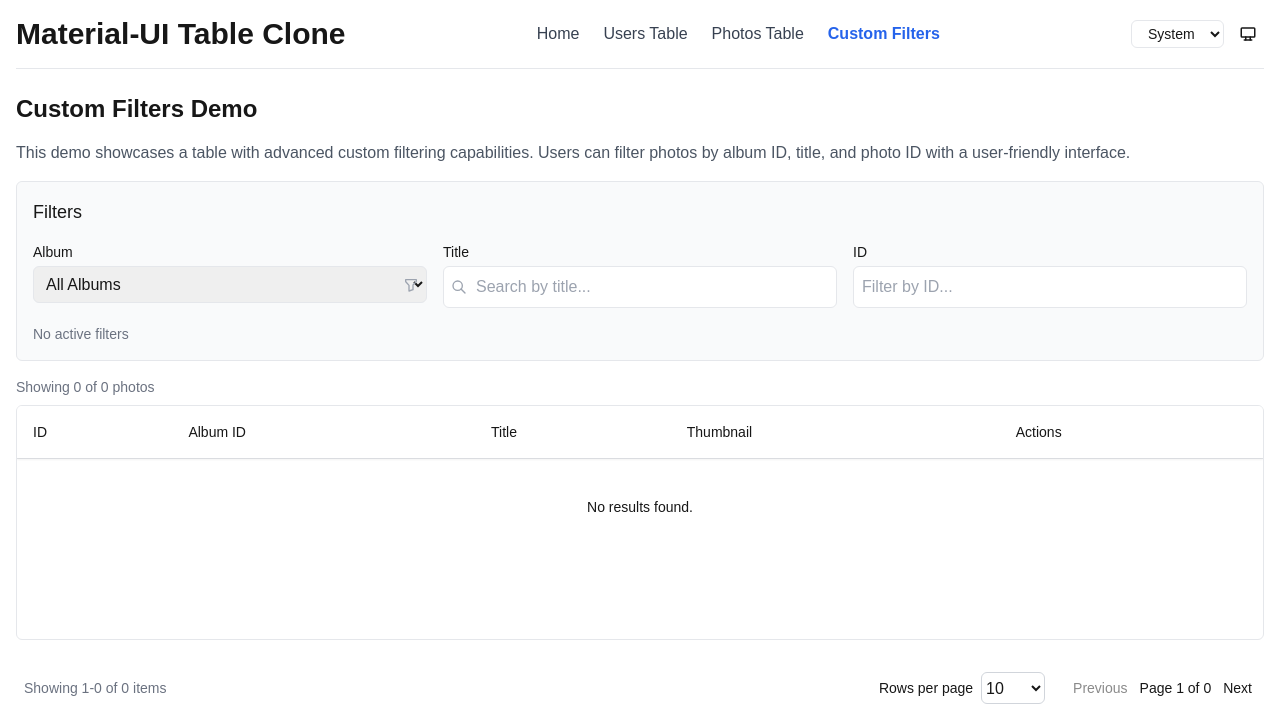
Repository: Dvirco1234/mini-mui-table
Page: /custom-filters
These files come from the project's save history. The page is drawn as it stood at one moment and after the next save; the edit follows.
The browser window is 1280 px wide. The pictures show the whole page.
The page's requests for data from a server got no answer. The project was rebuilt for these pictures with package versions that can differ from the ones it lists, and the page was loaded fresh each time. The framework's server and built-in components were replaced by stand-ins that run in the browser. No one was signed in, and anything a server would have sent is missing. Also part of the build but not shown: next.config.ts, src/components/ui/table/TableFilters.tsx, src/components/ui/table/TableSorters.tsx.

Above is the page before, as saved 2025-03-03 22:20:18.

### src/app/layout.tsx
import type { Metadata } from "next";
import { Geist, Geist_Mono } from "next/font/google";
import "./globals.css";
import { ThemeProvider } from "@/components/theme/ThemeProvider";
import { Navigation } from "@/components/layout/Navigation";

const geistSans = Geist({
  variable: "--font-geist-sans",
  subsets: ["latin"],
});

const geistMono = Geist_Mono({
  variable: "--font-geist-mono",
  subsets: ["latin"],
});

export const metadata: Metadata = {
  title: "Create Next App",
  description: "Generated by create next app",
};

export default function RootLayout({
  children,
}: Readonly<{
  children: React.ReactNode;
}>) {
  return (
    <html lang="en" className="h-screen overflow-hidden">
      <body
        className={`${geistSans.variable} ${geistMono.variable} antialiased h-full max-h-screen`}
      >
        <ThemeProvider defaultTheme="system" storageKey="mini-mui-table-theme">
          <main className="h-screen">
            <div className="px-4 h-full flex flex-col">
              <Navigation />
              {children}
            </div>
          </main>
        </ThemeProvider>
      </body>
    </html>
  );
}

### src/app/custom-filters/page.tsx
import { CustomFiltersDemo } from "@/components/demo/CustomFiltersDemo";

export default function CustomFiltersPage() {
  return (
    <div className="space-y-4 h-full flex flex-col">
      <h2 className="text-2xl font-bold">Custom Filters Demo</h2>
      <p className="text-gray-600 dark:text-gray-300">
        This demo showcases a table with advanced custom filtering capabilities.
        Users can filter photos by album ID, title, and photo ID with a
        user-friendly interface.
      </p>
      <CustomFiltersDemo />
    </div>
  );
}

### src/components/theme/ThemeProvider.tsx
"use client";

import { createContext, useContext, useEffect, useState } from "react";

export type Theme = "dark" | "light" | "system";

type ThemeProviderProps = {
  children: React.ReactNode;
  defaultTheme?: Theme;
  storageKey?: string;
};

type ThemeProviderState = {
  theme: Theme;
  setTheme: (theme: Theme) => void;
};

const initialState: ThemeProviderState = {
  theme: "system",
  setTheme: () => null,
};

const ThemeProviderContext = createContext<ThemeProviderState>(initialState);

export function ThemeProvider({
  children,
  defaultTheme = "system",
  storageKey = "mini-mui-table-theme",
  ...props
}: ThemeProviderProps) {
  const [theme, setTheme] = useState<Theme>(defaultTheme);

  useEffect(() => {
    const savedTheme = localStorage.getItem(storageKey) as Theme | null;

    if (savedTheme) {
      setTheme(savedTheme);
    }
  }, [storageKey]);

  useEffect(() => {
    const root = window.document.documentElement;

    root.classList.remove("light", "dark");

    if (theme === "system") {
      const systemTheme = window.matchMedia("(prefers-color-scheme: dark)")
        .matches
        ? "dark"
        : "light";

      root.classList.add(systemTheme);
      return;
    }

    root.classList.add(theme);
  }, [theme]);

  const value = {
    theme,
    setTheme: (theme: Theme) => {
      localStorage.setItem(storageKey, theme);
      setTheme(theme);
    },
  };

  return (
    <ThemeProviderContext.Provider {...props} value={value}>
      {children}
    </ThemeProviderContext.Provider>
  );
}

export const useTheme = () => {
  const context = useContext(ThemeProviderContext);

  if (context === undefined) {
    throw new Error("useTheme must be used within a ThemeProvider");
  }

  return context;
};

### src/components/layout/Navigation.tsx
"use client";

import Link from "next/link";
import { usePathname } from "next/navigation";
import { ThemeToggle } from "@/components/theme/ThemeToggle";

const navItems = [
  { name: "Home", path: "/" },
  { name: "Users Table", path: "/users" },
  { name: "Photos Table", path: "/photos" },
  { name: "Custom Filters", path: "/custom-filters" },
];

export function Navigation() {
  const pathname = usePathname();

  return (
    <div className="w-full flex border-b py-4 mb-6 justify-between">
      <div className="flex justify-between items-center ">
        <h1 className="text-3xl font-bold">Material-UI Table Clone</h1>
      </div>

      <nav className="flex items-center">
        <ul className="flex flex-wrap gap-6">
          {navItems.map((item) => (
            <li key={item.path}>
              <Link
                href={item.path}
                className={`text-base font-medium transition-colors hover:underline ${
                  pathname === item.path
                    ? "text-blue-600 dark:text-blue-400 font-semibold"
                    : "text-gray-700 hover:text-blue-600 dark:text-gray-300 dark:hover:text-blue-400"
                }`}
              >
                {item.name}
              </Link>
            </li>
          ))}
        </ul>
      </nav>
      <ThemeToggle />
    </div>
  );
}

### src/components/demo/CustomFiltersDemo.tsx
"use client";

import { useState, useEffect } from "react";
import { Table } from "@/components/ui/table";
import { Columns } from "@/types";
import { CustomFilters } from "./CustomFilters";

// Define the Photo type based on JSONPlaceholder API
interface Photo {
  id: number;
  albumId: number;
  title: string;
  url: string;
  thumbnailUrl: string;
}

export function CustomFiltersDemo() {
  // State for photos data
  const [photos, setPhotos] = useState<Photo[]>([]);
  const [filteredPhotos, setFilteredPhotos] = useState<Photo[]>([]);
  const [loading, setLoading] = useState(true);
  const [uniqueAlbumIds, setUniqueAlbumIds] = useState<number[]>([]);

  // Filter state
  const [filters, setFilters] = useState<{
    albumId?: string;
    title?: string;
    id?: string;
  }>({});

  // Pagination state
  const [currentPage, setCurrentPage] = useState(1);
  const [pageSize, setPageSize] = useState(10);

  // Fetch photos from JSONPlaceholder API
  useEffect(() => {
    const fetchPhotos = async () => {
      setLoading(true);
      try {
        const response = await fetch(
          "https://jsonplaceholder.typicode.com/photos"
        );
        const data: Photo[] = await response.json();
        setPhotos(data);

        // Extract unique album IDs
        const albumIds = [...new Set(data.map((photo) => photo.albumId))].sort(
          (a, b) => a - b
        );
        setUniqueAlbumIds(albumIds);

        setLoading(false);
      } catch (error) {
        console.error("Error fetching photos:", error);
        setLoading(false);
      }
    };

    fetchPhotos();
  }, []);

  // Apply filters
  useEffect(() => {
    let result = [...photos];

    // Apply album filter
    if (filters.albumId) {
      result = result.filter(
        (photo) => photo.albumId.toString() === filters.albumId
      );
    }

    // Apply title filter
    if (filters.title) {
      result = result.filter((photo) =>
        photo.title.toLowerCase().includes(filters.title!.toLowerCase())
      );
    }

    // Apply ID filter
    if (filters.id) {
      result = result.filter((photo) =>
        photo.id.toString().includes(filters.id!)
      );
    }

    setFilteredPhotos(result);
    setCurrentPage(1); // Reset to first page when filters change
  }, [photos, filters]);

  // Handle filter changes
  const handleFiltersChange = (newFilters: {
    albumId?: string;
    title?: string;
    id?: string;
  }) => {
    setFilters(newFilters);
  };

  // Handle page change
  const handlePageChange = (page: number) => {
    setCurrentPage(page);
  };

  // Handle page size change
  const handlePageSizeChange = (size: number) => {
    setPageSize(size);
    setCurrentPage(1);
  };

  // Get current page data
  const getCurrentPageData = () => {
    const startIndex = (currentPage - 1) * pageSize;
    const endIndex = startIndex + pageSize;
    return filteredPhotos.slice(startIndex, endIndex);
  };

  // Define columns for the table
  const columns: Columns<Photo> = [
    { id: "id", label: "ID", sortable: true },
    { id: "albumId", label: "Album ID", sortable: true },
    { id: "title", label: "Title", sortable: true, width: "40%" },
    {
      id: "thumbnail",
      label: "Thumbnail",
      render: (photo: Photo) => (
        <div className="flex justify-center">
          <img
            src={photo.thumbnailUrl}
            alt={photo.title}
            className="w-12 h-12 object-cover rounded-md"
            loading="lazy"
          />
        </div>
      ),
    },
    {
      id: "actions",
      label: "Actions",
      render: (photo: Photo) => (
        <div className="flex justify-center space-x-2">
          <a
            href={photo.url}
            target="_blank"
            rel="noopener noreferrer"
            className="px-2 py-1 bg-blue-500 text-white rounded-md text-xs hover:bg-blue-600 transition-colors"
          >
            View
          </a>
        </div>
      ),
    },
  ];

  return (
    <>
      <Table<Photo>
        data={getCurrentPageData()}
        columns={columns}
        loading={loading}
        // Pagination props
        pagination={true}
        currentPage={currentPage}
        pageSize={pageSize}
        totalItems={filteredPhotos.length}
        onPageChange={handlePageChange}
        onPageSizeChange={handlePageSizeChange}
        pageSizeOptions={[5, 10, 25, 50]}
        bordered={true}
        className="w-full"
        slots={{
          customFilters: (
            <>
              <CustomFilters
                onFiltersChange={handleFiltersChange}
                filters={filters}
                albumIds={uniqueAlbumIds}
              />
              <div className="text-sm text-gray-500 mb-2">
                Showing {filteredPhotos.length} of {photos.length} photos
              </div>
            </>
          ),
        }}
      />
    </>
  );
}

### src/components/theme/ThemeToggle.tsx
"use client";

import { Theme, useTheme } from "./ThemeProvider";
import { IconMoon, IconSun, IconDeviceDesktop } from "@tabler/icons-react";

export function ThemeToggle() {
  const { theme, setTheme } = useTheme();

  return (
    <div className="flex items-center space-x-2">
      <select
        value={theme}
        onChange={(e: React.ChangeEvent<HTMLSelectElement>) =>
          setTheme(e.target.value as Theme)
        }
        className="bg-background border focus:ring-0 rounded-md px-3 py-1 text-sm focus:outline-none focus:ring-2 focus:ring-primary"
      >
        <option value="light">Light</option>
        <option value="dark">Dark</option>
        <option value="system">System</option>
      </select>

      <div className="flex items-center justify-center w-8 h-8">
        {theme === "light" && <IconSun size={18} />}
        {theme === "dark" && <IconMoon size={18} />}
        {theme === "system" && <IconDeviceDesktop size={18} />}
      </div>
    </div>
  );
}

### src/components/ui/table/index.ts
export * from './Table';
export * from './TableHead';
export * from './TableBody';
export * from './TableRow';
export * from './TableCell';
export * from './TablePagination';
export * from './TableFilters';
export * from './TableSorters';

### src/components/ui/table/TableHead.tsx
import React, { forwardRef } from 'react';
import { cn } from '@/lib/utils';

export interface TableHeadProps extends React.HTMLAttributes<HTMLTableSectionElement> {
  children: React.ReactNode;
}

const TableHead = forwardRef<HTMLTableSectionElement, TableHeadProps>(
  ({ className, ...props }, ref) => {
    return (
      <thead
        ref={ref}
        className={cn("shadow-sm sticky top-0 bg-background", className)}
        {...props}
      />
    );
  }
);

TableHead.displayName = "TableHead";

export { TableHead };

### src/components/ui/table/TableBody.tsx
import React, { forwardRef } from 'react';
import { cn } from '@/lib/utils';

export interface TableBodyProps extends React.HTMLAttributes<HTMLTableSectionElement> {
  children: React.ReactNode;
}

const TableBody = forwardRef<HTMLTableSectionElement, TableBodyProps>(
  ({ className, ...props }, ref) => {
    return (
      <tbody
        ref={ref}
        className={cn("[&_tr:last-child]:border-0", className)}
        {...props}
      />
    );
  }
);

TableBody.displayName = "TableBody";

export { TableBody };

### src/components/ui/table/TableRow.tsx
import React, { forwardRef } from "react";
import { cn } from "@/lib/utils";

export interface TableRowProps
  extends React.HTMLAttributes<HTMLTableRowElement> {
  children: React.ReactNode;
  rowHeight?: number | string;
}

const TableRow = forwardRef<HTMLTableRowElement, TableRowProps>(
  ({ className, rowHeight, ...props }, ref) => {
    return (
      <tr
        ref={ref}
        className={cn(
          "border-b transition-colors hover:bg-muted/50 data-[state=selected]:bg-muted",
          className
        )}
        style={{
          height: rowHeight ? (typeof rowHeight === 'number' ? `${rowHeight}px` : rowHeight) : 'auto'
        }}
        {...props}
      />
    );
  }
);

TableRow.displayName = "TableRow";

export { TableRow };

### src/components/ui/table/TableCell.tsx
import React, { forwardRef } from 'react';
import { cn } from '@/lib/utils';

export interface TableCellProps extends React.TdHTMLAttributes<HTMLTableCellElement> {
  children: React.ReactNode;
}

const TableCell = forwardRef<HTMLTableCellElement, TableCellProps>(
  ({ className, ...props }, ref) => {
    return (
      <td
        ref={ref}
        className={cn("p-4 align-middle [&:has([role=checkbox])]:pr-0 group", className)}
        {...props}
      />
    );
  }
);

TableCell.displayName = "TableCell";

export { TableCell };

### src/components/ui/table/TablePagination.tsx
import React from 'react';
import { cn } from '@/lib/utils';

export interface TablePaginationProps {
  currentPage: number;
  totalPages: number;
  pageSize: number;
  totalItems: number;
  onPageChange: (page: number) => void;
  onPageSizeChange?: (pageSize: number) => void;
  pageSizeOptions?: number[];
  className?: string;
}

const TablePagination: React.FC<TablePaginationProps> = ({
  currentPage,
  totalPages,
  pageSize,
  totalItems,
  onPageChange,
  onPageSizeChange,
  pageSizeOptions = [5, 10, 25, 50],
  className,
}) => {
  const startItem = (currentPage - 1) * pageSize + 1;
  const endItem = Math.min(currentPage * pageSize, totalItems);

  return (
    <div className={cn("flex items-center justify-between px-2 py-4", className)}>
      <div className="text-sm text-gray-500">
        Showing {startItem}-{endItem} of {totalItems} items
      </div>
      <div className="flex items-center space-x-6">
        <div className="flex items-center space-x-2">
          <p className="text-sm font-medium">Rows per page</p>
          <select
            className="h-8 w-16 rounded-md border border-gray-300 bg-background outline-none focus:border-blue-500 focus:dark:border-white"
            value={pageSize}
            onChange={(e) => onPageSizeChange?.(Number(e.target.value))}
          >
            {pageSizeOptions.map((option) => (
              <option key={option} value={option}>
                {option}
              </option>
            ))}
          </select>
        </div>
        <div className="flex items-center space-x-2">
          <button
            className="inline-flex items-center justify-center rounded-md p-1 text-sm font-medium transition-colors hover:bg-gray-100 disabled:opacity-50"
            onClick={() => onPageChange(currentPage - 1)}
            disabled={currentPage === 1}
          >
            Previous
          </button>
          <div className="text-sm font-medium">
            Page {currentPage} of {totalPages}
          </div>
          <button
            className="inline-flex items-center justify-center rounded-md p-1 text-sm font-medium transition-colors hover:bg-gray-100 disabled:opacity-50"
            onClick={() => onPageChange(currentPage + 1)}
            disabled={currentPage === totalPages}
          >
            Next
          </button>
        </div>
      </div>
    </div>
  );
};

export { TablePagination };

### tailwind.config.ts
import type { Config } from 'tailwindcss';

const config: Config = {
  darkMode: 'class',
  content: [
    './src/pages/**/*.{js,ts,jsx,tsx,mdx}',
    './src/components/**/*.{js,ts,jsx,tsx,mdx}',
    './src/app/**/*.{js,ts,jsx,tsx,mdx}',
  ],
  theme: {
    extend: {
      colors: {
        background: 'var(--background)',
        foreground: 'var(--foreground)',
        border: {
          DEFAULT: 'hsl(var(--border))',
        },
        input: {
          DEFAULT: 'hsl(var(--input))',
        },
        ring: {
          DEFAULT: 'hsl(var(--ring))',
        },
        muted: {
          DEFAULT: 'hsl(var(--muted))',
          foreground: 'hsl(var(--muted-foreground))',
        },
        accent: {
          DEFAULT: 'hsl(var(--accent))',
          foreground: 'hsl(var(--accent-foreground))',
        },
        primary: {
          DEFAULT: 'hsl(var(--primary))',
          foreground: 'hsl(var(--primary-foreground))',
        },
        secondary: {
          DEFAULT: 'hsl(var(--secondary))',
          foreground: 'hsl(var(--secondary-foreground))',
        },
        destructive: {
          DEFAULT: 'hsl(var(--destructive))',
          foreground: 'hsl(var(--destructive-foreground))',
        },
        card: {
          DEFAULT: 'hsl(var(--card))',
          foreground: 'hsl(var(--card-foreground))',
        },
      },
      fontFamily: {
        sans: ['var(--font-geist-sans)'],
        mono: ['var(--font-geist-mono)'],
      },
    },
  },
  plugins: [],
};

export default config;

Loaded but not shown: src/app/globals.css (common file); src/lib/utils.ts (common file); src/components/ui/table/Table.tsx (225 lines, source omitted); src/components/demo/CustomFilters.tsx (156 lines, source omitted)

After the next save:
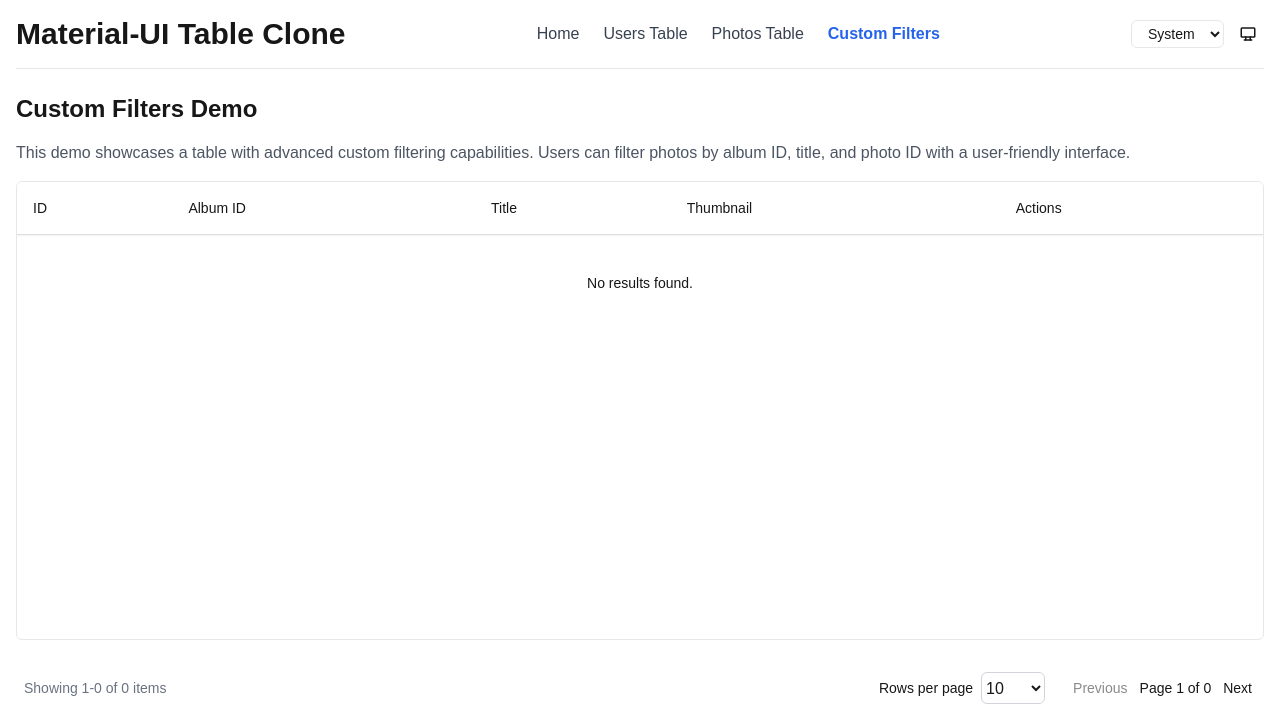
Saved 7 s later.
--- a/src/components/demo/CustomFiltersDemo.tsx
+++ b/src/components/demo/CustomFiltersDemo.tsx
@@ -168,20 +168,22 @@
         pageSizeOptions={[5, 10, 25, 50]}
         bordered={true}
         className="w-full"
-        slots={{
-          customFilters: (
-            <>
-              <CustomFilters
-                onFiltersChange={handleFiltersChange}
-                filters={filters}
-                albumIds={uniqueAlbumIds}
-              />
-              <div className="text-sm text-gray-500 mb-2">
-                Showing {filteredPhotos.length} of {photos.length} photos
-              </div>
-            </>
-          ),
-        }}
+        slots={
+          {
+            // customFilters: (
+            //   <>
+            //     <CustomFilters
+            //       onFiltersChange={handleFiltersChange}
+            //       filters={filters}
+            //       albumIds={uniqueAlbumIds}
+            //     />
+            //     <div className="text-sm text-gray-500 mb-2">
+            //       Showing {filteredPhotos.length} of {photos.length} photos
+            //     </div>
+            //   </>
+            // ),
+          }
+        }
       />
     </>
   );

After the save that followed:
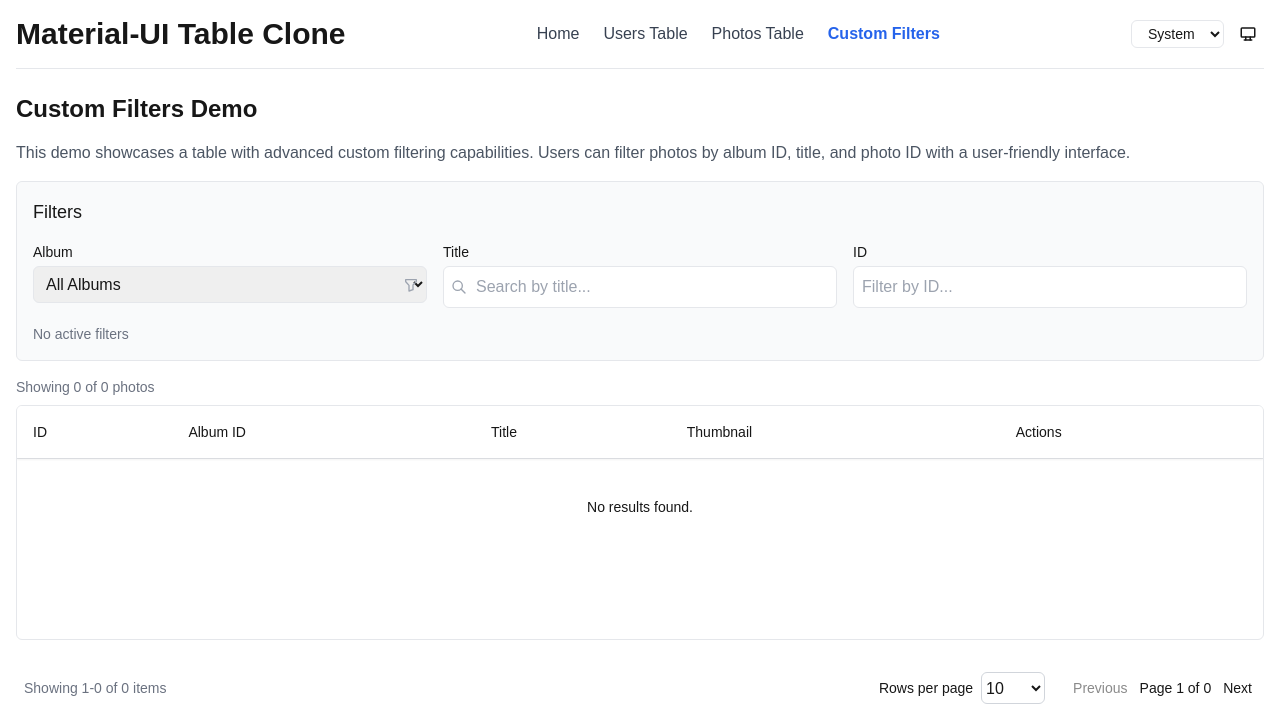
Saved 7 s later.
--- a/src/components/demo/CustomFiltersDemo.tsx
+++ b/src/components/demo/CustomFiltersDemo.tsx
@@ -168,22 +168,20 @@
         pageSizeOptions={[5, 10, 25, 50]}
         bordered={true}
         className="w-full"
-        slots={
-          {
-            // customFilters: (
-            //   <>
-            //     <CustomFilters
-            //       onFiltersChange={handleFiltersChange}
-            //       filters={filters}
-            //       albumIds={uniqueAlbumIds}
-            //     />
-            //     <div className="text-sm text-gray-500 mb-2">
-            //       Showing {filteredPhotos.length} of {photos.length} photos
-            //     </div>
-            //   </>
-            // ),
-          }
-        }
+        slots={{
+          customFilters: (
+            <>
+              <CustomFilters
+                onFiltersChange={handleFiltersChange}
+                filters={filters}
+                albumIds={uniqueAlbumIds}
+              />
+              <div className="text-sm text-gray-500 mb-2">
+                Showing {filteredPhotos.length} of {photos.length} photos
+              </div>
+            </>
+          ),
+        }}
       />
     </>
   );
